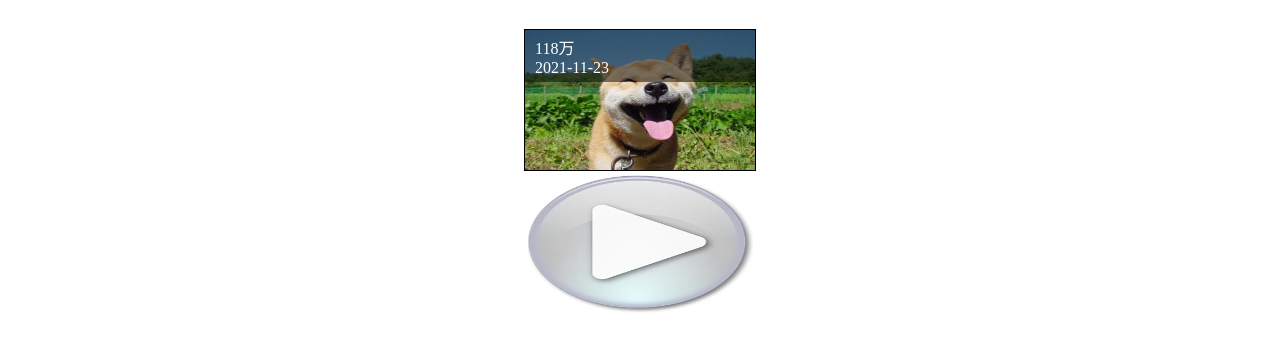
Repository: taoxiaofeng/hello-javascript
Page: master-class/position.html
These files come from the project's save history. The page is drawn as it stood at one moment and after the next save; the edit follows.
The browser window is 1280 px wide. The pictures show the whole page.

Above is the page before, as saved 2024-07-29 22:45:50.

After the next save:
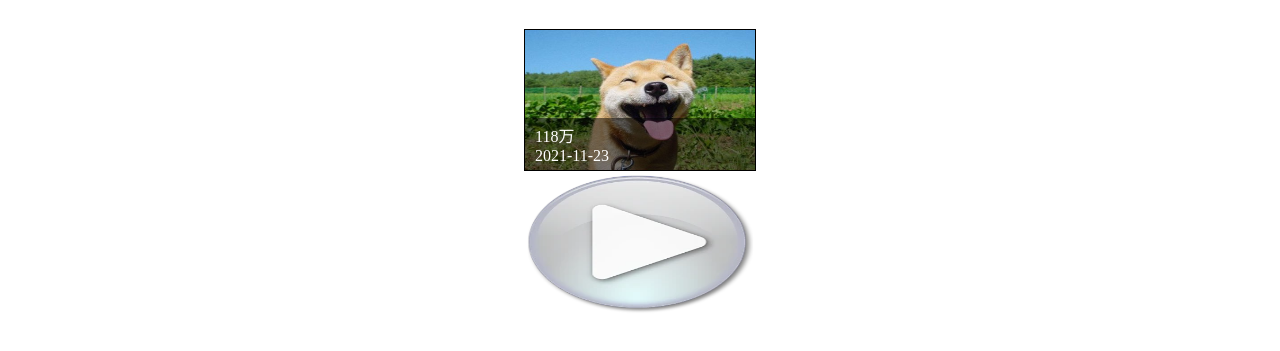
Saved 35 s later.
--- a/master-class/position.html
+++ b/master-class/position.html
@@ -71,8 +71,8 @@
 
   .aside {
     position: absolute;
-    top: 0;
     right: 0;
+    bottom: 0;
     left: 0;
     background: rgba(0, 0, 0, 0.5);
     color: #fff;
